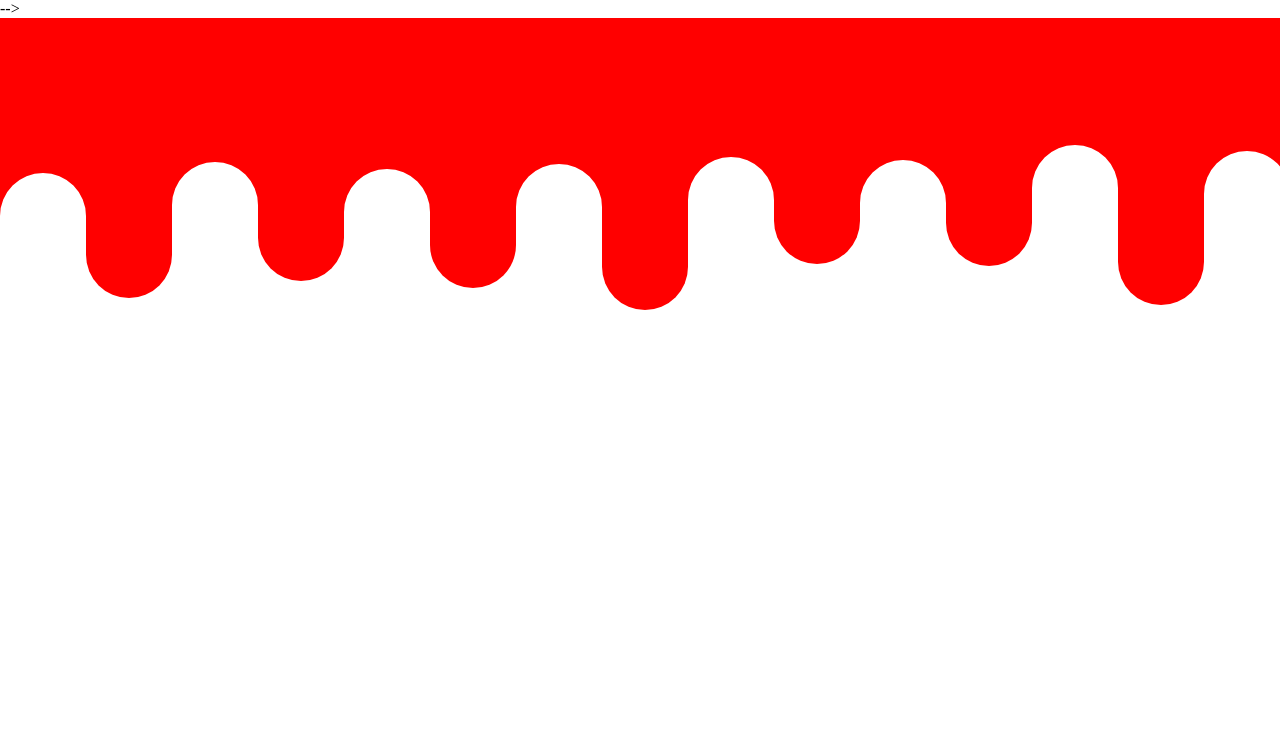
Repository: l-ollie/drip
Page: index.html
An editor plug-in stored every save of this project. The page is shown before and after the next save, followed by the edit.
The browser window is 1280 px wide. The pictures show the whole page.

Above is the page before, as saved 2022-06-29 21:15:53.

### index.html
<!DOCTYPE html>
<!--[if lt IE 7]>      <html class="no-js lt-ie9 lt-ie8 lt-ie7"> <![endif]-->
<!--[if IE 7]>         <html class="no-js lt-ie9 lt-ie8"> <![endif]-->
<!--[if IE 8]>         <html class="no-js lt-ie9"> <![endif]-->
<!--[if gt IE 8]>      <html class="no-js"> <!--<![endif]-->
<html>
    <head>
        <meta charset="utf-8">
        <meta http-equiv="X-UA-Compatible" content="IE=edge">
        <title>Drip</title>
        <meta name="description" content="">
        <meta name="viewport" content="width=device-width, initial-scale=1">
        <link rel="stylesheet" href="assets/style.css">
    </head>
    <body>
        <!--[if lt IE 7]>
            <p class="browsehappy">You are using an <strong>outdated</strong> browser. Please <a href="#">upgrade your browser</a> to improve your experience.</p>
        <![endif]-->
        <div id="container">
            <!-- <svg width="100%" height="100%" xmlns="http://www.w3.org/2000/svg">
                <style>


                    .point-cursor { cursor: pointer; } /* specific elements */
                  </style>

                <path id="drip1"   class="point-cursor" d="M 0 0 v 100 a 50 50 1 0 0 100 0 v -100 Z"  fill="red">
                    <animate

                    id="dripAnim1"
                    attributeName="d"
                    dur="0.5"
                    type="translate"
                    begin="indefinite; "
                    repeatCount="1"
                    calcMode="spline"
                    keySplines=".21,.3,.01,.98"
                    values="M 0 0 v 100 a 50 50 1 0 0 100 0 v -100 Z ; M 0 0 v 100 a 50 50 1 0 0 100 0 v -100 Z"
                    />
                </path>



                <path id="ball1" d="M 100 0 v 100 a 50 50 0 0 1 100 0 v -100 Z"  fill="red">
                <animate
                id="anim1"
                attributeName="d"
                from="M 100 0 v 100 a 50 50 0 0 1 100 0 v -100 Z"
                to="M 100 0 v 200 a 50 50 0 0 1 100 0 v -200 Z"
                dur="1"
                type="translate"
                begin="0s; "
                repeatCount="1"
                fill="freeze"
                calcMode="spline"
                keySplines="0.4 0 0.2 1"
                values="
                M 100 0 v 200 a 50 50 0 0 1 100 0 v -200 Z
                ;
                M 100 0 v 100 a 50 50 0 0 1 100 0 v -100 Z
                "
                />
                <!-- <animate
                id="anim2"
                attributeName="d"
                from="M 100 0 v 200
                a 50 50 0 0 1 100 0
                v -200 Z"
                to="M 100 0 v 100
                a 50 50 0 0 1 100 0
                v -100 Z"
                dur="1"
                type="translate"
                begin="anim1.end"
                easing="ease-in-out"
                /> -->
                </path>

              </svg> -->
        </div>

        <script src="drip.js" async defer></script>
    </body>
</html>

### assets/style.css
body{
    margin: 0px;
}

#container{
    height: 100vh;
}

.point-cursor { cursor: pointer; }

### drip.js
// svg.appendChild(r);

function lowDrip(width, height, i) {
	const dripLow = '1 0 0';
	const dripHigh = '0 0 1';
	let isLow;
	let arc;
	const idNames = [ 'drip', 'curve' ];
	let idName;
	const random = Math.random() * 50;

	if (i % 2 !== 0) {
		isLow = true;
		arc = dripLow;
		height = Math.ceil(height + random);
	} else {
		isLow = false;
		arc = dripHigh;
		height = Math.ceil(height - random);
	}

	function setAttributeNSForSvg(createElement, attributes, isPath) {
		let _svg = document.createElementNS('http://www.w3.org/2000/svg', createElement);
		const halfWidth = Math.ceil(width / 2);
		const _singlePath = `M ${i * width} 0 v ${height} a ${halfWidth} ${halfWidth} ${arc} ${width} 0 v -${height} Z`;

		for (let y = 0; y < attributes.length; y++) {
			_svg.setAttributeNS(null, attributes[y][0], attributes[y][1]);
		}
		if (isPath) {
			_svg.setAttributeNS(null, 'd', `${_singlePath}`);
			return _svg;
		} else {
			_svg.setAttributeNS(null, 'values', `${_singlePath} ; ${_singlePath}`);

			return _svg;
		}
	}

	const attributesDripPath = [ [ 'id', `${isLow ? idNames[0] : idNames[1]}${i}` ], [ 'fill', 'red' ] ];
	let _path = setAttributeNSForSvg('path', attributesDripPath, true);
	// if (isLow) console.log('adding cursur to ' + `${_path.getAttributeNS(null, 'id')}`);

	if (isLow === false) {
		return _path;
	} else {
		_path.setAttributeNS(null, 'class', 'point-cursor');
		const attributesDripAnim = [
			[ 'id', `dripAnim${i}` ],
			[ 'attributeName', 'd' ],
			[ 'dur', '0.5' ],
			[ 'type', 'translate' ],
			[ 'begin', 'indefinite; ' ],
			[ 'repeatCount', '1' ],
			[ 'calcMode', 'spline' ],
			[ 'keySplines', '.21,.3,.01,.98' ]
		];
		let _anim = setAttributeNSForSvg('animate', attributesDripAnim, false);
		_path.appendChild(_anim);

		return _path;
	}
}

function makeSVG() {
	const amount = 15;
	const width = 50;
	const height = 200;

	const svgWidth = Math.ceil(window.innerWidth / amount);

	let svgElement = document.createElementNS('http://www.w3.org/2000/svg', 'svg');
	svgElement.setAttributeNS(null, 'width', '100%');
	svgElement.setAttributeNS(null, 'height', '100%');

	for (let i = 0; i < amount; i++) {
		svgElement.appendChild(lowDrip(svgWidth, height, i));
	}
	document.getElementById('container').appendChild(svgElement);
}

makeSVG();
window.onresize = makeSVG;

container.onmousedown = function(e) {
	const dripIDRegex = /drip/;
	let el = e.target.correspondingUseElement ? e.target.correspondingUseElement : e.target;
	const elementId = el.getAttributeNS(null, 'id');
	const dripName = dripIDRegex.exec(elementId);
	// console.log(dripIDRegex.exec(elementId));
	if (dripName === null) {
		return;
	}
	document.addEventListener('mousemove', onMouseMove);
	const dripNum = /[0-9]+/.exec(elementId);
	const clickBeginYPos = e.pageY;
	let dragLength = 0;
	let pathD = el.getAttribute('d');

	function onMouseMove(e) {
		dragLength = e.pageY - clickBeginYPos;
		el.setAttributeNS(null, 'd', addLength(pathD, dragLength));
	}

	function addLength(oldLength, dragLength) {
		const regex = /v+ +[0-9]+|v+ +-+[0-9]+/g;
		const drippingPoints = oldLength.match(regex);
		const drippingLength = Number(/[0-9]+/.exec(drippingPoints[0]));
		let newDrippingPoints = oldLength.replace(drippingPoints[0], `v ${drippingLength + dragLength}`);
		newDrippingPoints = newDrippingPoints.replace(drippingPoints[1], `v -${drippingLength + dragLength}`);
		return newDrippingPoints;
	}

	onmouseup = function() {
		document.removeEventListener('mousemove', onMouseMove);
		container.onmouseup = null;
		changeAnimation();
	};
	function changeAnimation() {
		console.log('changeAnim');
		if (dragLength === 0) {
			return;
		}
		const animId = Number(/[0-9]+/.exec(elementId));

		const regexPath = /M+ +[0-9]+ +[0-9]+ +v+ +[0-9]+ +a+ +[0-9]+ +[0-9]+ +[0-9]+ +[0-9]+ +[0-9]+ +[0-9]+ +[0-9]+ +v+ +-+[0-9]+ +Z/g;
		let svgAnimation = document.getElementById(`dripAnim${animId}`);
		const valuesProp = svgAnimation.getAttributeNS(null, 'values');
		let value;
		let values = [];

		while ((value = regexPath.exec(valuesProp)) !== null) {
			values.push(value[0]);
		}

		const changedValue = valuesProp.replace(values[0], `${addLength(values[1], dragLength)}`);
		svgAnimation.setAttributeNS(null, 'values', changedValue);
		svgAnimation.beginElement();
		el.setAttributeNS(null, 'd', pathD);
		dragLength = 0;
	}
};

After the next save:
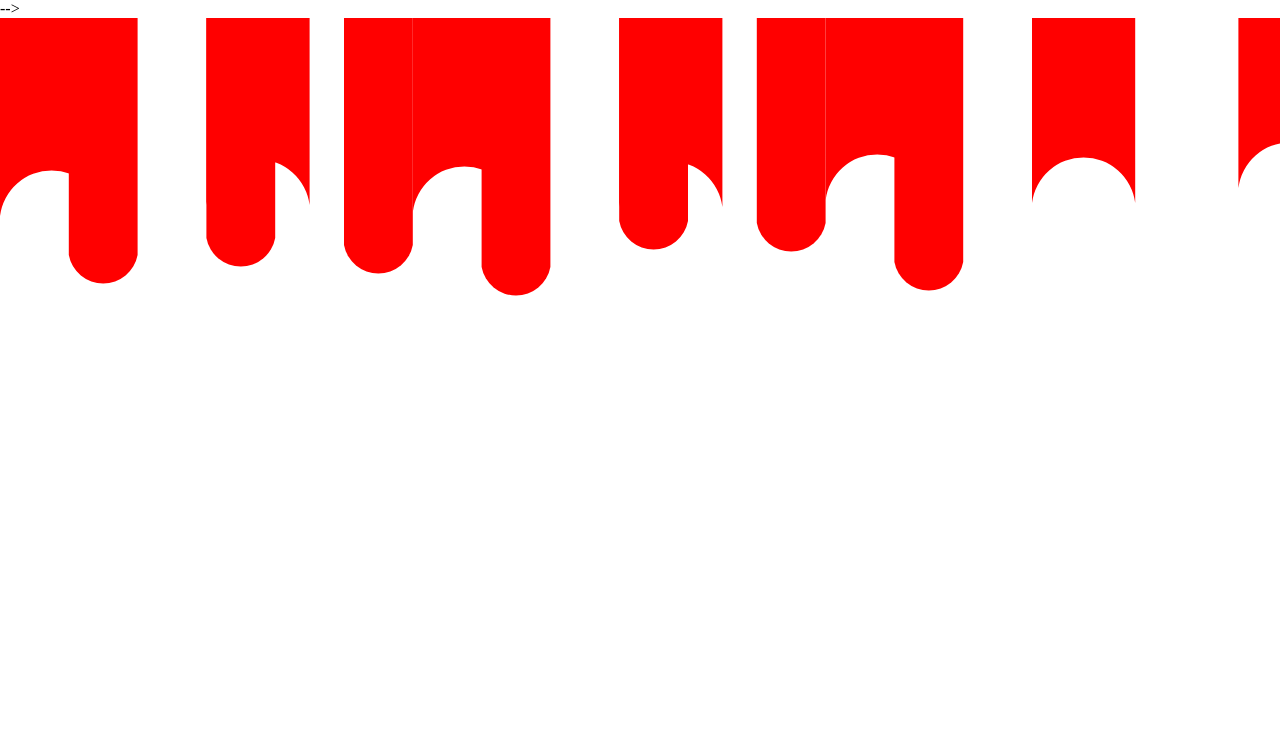
Saved 14 min 20 s later.
--- a/drip.js
+++ b/drip.js
@@ -12,10 +12,12 @@ function lowDrip(width, height, i) {
 	if (i % 2 !== 0) {
 		isLow = true;
 		arc = dripLow;
+		width *= 0.8;
 		height = Math.ceil(height + random);
 	} else {
 		isLow = false;
 		arc = dripHigh;
+		width *= 1.2;
 		height = Math.ceil(height - random);
 	}
 
